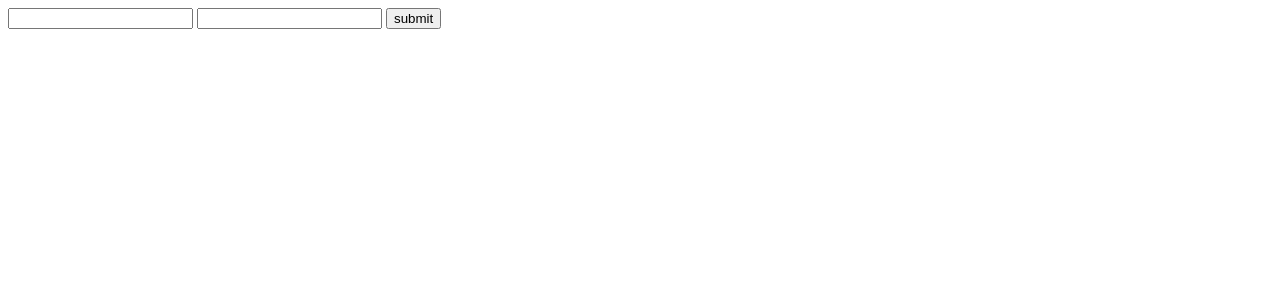
Repository: azizrepo/simpllilearn
Page: FirstServlet/FirstServlet/index.html
An editor plug-in stored every save of this project. The page is shown before and after the next save, followed by the edit.
The browser window is 1280 px wide. The pictures show the whole page.

Above is the page before, as saved 2020-10-18 14:28:52.

### FirstServlet/FirstServlet/index.html
<!DOCTYPE html>
<html>
<head>
<meta charset="ISO-8859-1">
<title>Insert title here</title>
</head>
<body>

<form action="/FirstServlet/MyGenericServlet" method="post">

<input type="text" name="username" >
<input type="text" name="address" >

<input type="submit" name="submit" value="submit">


</form>


</body>
</html>

After the next save:
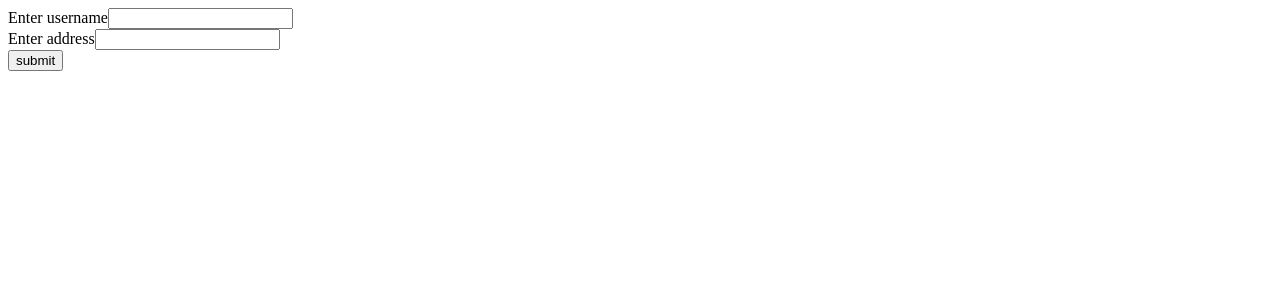
Saved 23 s later.
--- a/FirstServlet/FirstServlet/index.html
+++ b/FirstServlet/FirstServlet/index.html
@@ -8,8 +8,8 @@
 
 <form action="/FirstServlet/MyGenericServlet" method="post">
 
-<input type="text" name="username" >
-<input type="text" name="address" >
+Enter username<input type="text" name="username" ><br>
+Enter address<input type="text" name="address" ><br>
 
 <input type="submit" name="submit" value="submit">
 
